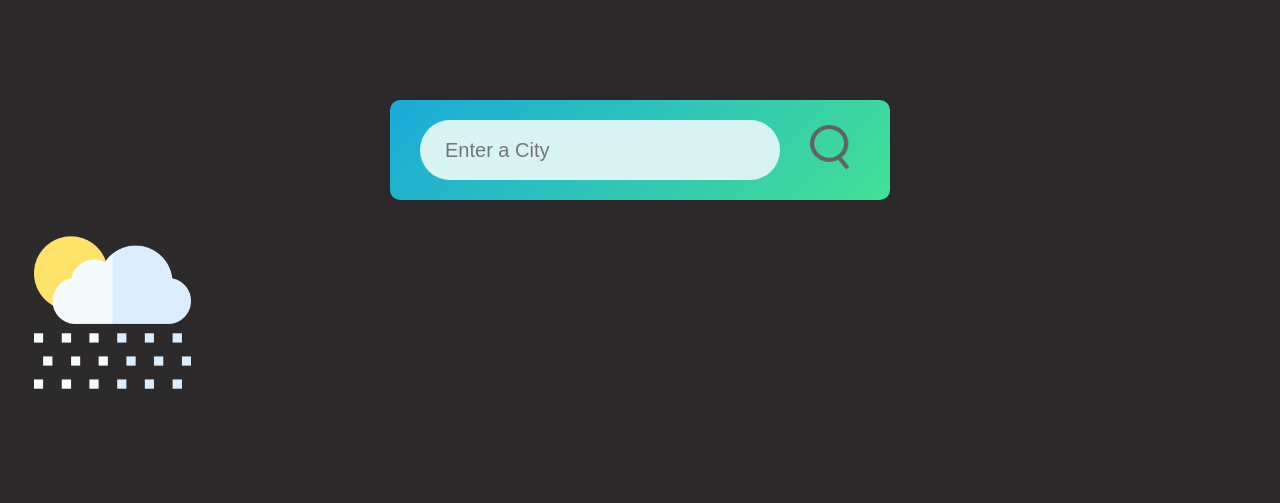
Repository: Haakim19/weatherApp
Page: index.html
The author's editor kept a copy of each file at every save. The page is drawn from the files as they stood at one save, then again after the next save.
The browser window is 1280 px wide. The pictures show the whole page.

Above is the page before, as saved 2024-11-16 21:11:30.

### index.html
<!DOCTYPE html>
<html lang="en">
<head>
    <meta charset="UTF-8">
    <meta name="viewport" content="width=device-width, initial-scale=1.0">
    <title>Weather App</title>
    <link rel="stylesheet" href="style.css">
</head>
<body>
    <div class="card">
        <div class="search">
            <input type="text" placeholder="Enter a City" spellcheck="false">
            <button><img src="images/search.png"></button>
        </div>
    </div>
    <div class="weather">
        <img src="images/rain.png" class="weather">
    </div>
</body>
</html>

### style.css
*{
    margin: 0;
    padding: 0;
    box-sizing: border-box;
    font-family: 'Poppins', sans-serif;
}

body{
    background: #2c2a2a;
}
.card{
    width: 90%;
    max-width: 500px;
    color: #fff;
    background:linear-gradient(135deg, #1aaada 0%, #43e094 100%);
    margin: 100px auto 0 ;
    border-radius: 10px;
    padding: 20px 30px;
    text-align: center;
    box-shadow: 0 0 10px rgba(0,0,0,0.1);
}
.search{
    width: 100%;
    display: flex;
    justify-content: space-between;
    align-items: center;
}
.search input{
    border:0;
    outline:0;
    background: #d8f4f2;
    padding: 10px 25px;
    border-radius: 40px;
    flex: 1;
    margin-right: 20px;
    font-size: 20px;
    height: 60px;
}
.search button{
    border:0;
    outline:0;
    background:none;
    /* padding: 10px 20px; */
    border-radius: 50%;
    font-size: 20px;
    cursor: pointer;
    height: 60px;
    width: 60px;
}
.search button img{
    width: 40px;
    height: 45px;

}

After the next save:
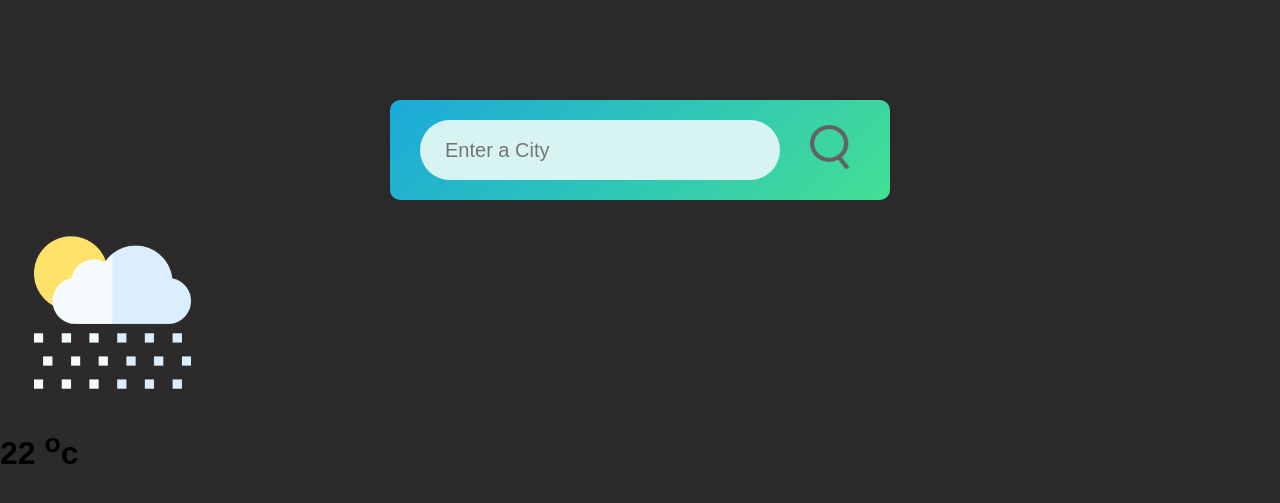
Saved 69 s later.
--- a/index.html
+++ b/index.html
@@ -14,7 +14,8 @@
         </div>
     </div>
     <div class="weather">
-        <img src="images/rain.png" class="weather">
+        <img src="images/rain.png" class="weather-icon">
+        <h1 class="temp">22 <sup>o</sup>c</h1>
     </div>
 </body>
 </html>
